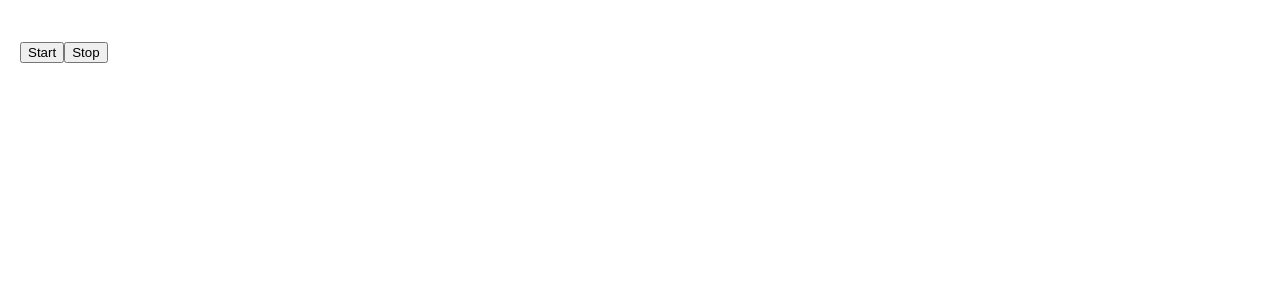
Repository: Kaii-Dev/tiktok
Page: / (app in REACT-BIG/tiktok/tiktok/)
The author's editor kept a copy of each file at every save. The page is drawn from the files as they stood at one save, then again after a run of saves.
The browser window is 1280 px wide. The pictures show the whole page.
The project was rebuilt for these pictures with package versions that can differ from the ones it lists, and the page was loaded fresh each time. Also part of the build but not shown: REACT-BIG/tiktok/tiktok/src/MOUNTED/Content.js, REACT-BIG/tiktok/tiktok/src/MOUNTED/Content2.js.

Above is the page before, as saved 2022-04-17 00:15:55.

### REACT-BIG/tiktok/tiktok/src/index.js
import React from "react";
import ReactDOM from "react-dom/client";
import "./index.css";
import App from "./App";
import reportWebVitals from "./reportWebVitals";

//FAKE COMMENT
function emitComment(id) {
  setInterval(() => {
    window.dispatchEvent(
      new CustomEvent(`lesson-${id}`, {
        detail: `nội dung comment của lesson ${id}`,
      })
    ); // tự phát event theo custom thằng nào file js đều có thể lắng nghe
  }, 2000);
}
emitComment(1);
emitComment(2);
emitComment(3);
const root = ReactDOM.createRoot(document.getElementById("root"));
root.render(
  <React.StrictMode>
    <App />
  </React.StrictMode>
);

// If you want to start measuring performance in your app, pass a function
// to log results (for example: reportWebVitals(console.log))
// or send to an analytics endpoint. Learn more: https://bit.ly/CRA-vitals
reportWebVitals();

### REACT-BIG/tiktok/tiktok/src/App.js
import { useState, useTransition } from "react";
import React from "react";
import Content from "./MOUNTED/Content";
import Content2 from "./MOUNTED/Content2";

// function App() {
//   const [info, setInfo] = useState({
//     name: "khai le",
//     age: "20",
//     address: "can tho",
//   });

//   const handleInfo = () => {
//     setInfo({
//       ...info,
//       bio: "code run in my dna",
//     });
//   };
//   const [counter, setCounter] = useState(1);
//   const handleIncrease = () => {
//     // set State với callback
//     // setCounter((prevstate) => prevstate + 1);
//     // setCounter((prevstate) => prevstate + 1);
//     // setCounter((prevstate) => prevstate + 1);
//     // setCounter(counter+1)
//   };
//   return (
//     <div className="App">
//       <h1>{JSON.stringify(info)}</h1>
//       <button onClick={handleInfo}>Increase</button>
//     </div>
//   );
// }
//===================TWO-WAY-BINDING CLIP===============///
// const gifts = [
//   "cpui9",
//   "ram 32g",
//   "ssd 1tb",
//   "card màn hình",
//   "usb",
//   "monitor",
// ];
// function App() {
//   const [gift, setGift] = useState(gifts[0]);
//   const handleGift = () => {
//       const random = Math.floor(Math.random(0, 3) * gifts.length);
//       return setGift(gifts[random]);
//   };
//   return (
//     <div style={{ padding: 32 }}>
//       <h1>{gift || "chưa có phần thưởng"}</h1>
//       <button onClick={handleGift}>lấy thưởng</button>
//     </div>
//   );
// }

// function App() {
//   const [name, setName] = useState("");
//   const [email, setEmail] = useState("");
//   const handleSubmit = () => {
//     //call api
//     console.log({
//       name,
//       email,
//     });
//   };
//   return (
//     <div className="">
//       <input
//         type="text"
//         value={name}
//         onChange={(e) => setName(e.target.value)}
//       />
//       <input
//         type="text"
//         value={email}
//         onChange={(e) => setEmail(e.target.value)}
//       />
//       <button onClick={handleSubmit}>submit</button>
//     </div>
//   );
// }
// =================== RESPONSE FROM API =========//
// const courses = [
//   {
//     id: 1,
//     name: "html, css",
//   },
//   {
//     id: 2,
//     name: "javascript",
//   },
//   {
//     id: 3,
//     name: "nodejs",
//   },
// ];

// function App() {
//   const [checked, setChecked] = useState([]);

//   const handleSubmit = () => {
//     //call api
//     console.log({ id: checked });
//   };

//   const handleCheck = (id) => {
//     setChecked((prev) => {
//       const isChecked = checked.includes(id);
//       if (isChecked) {
//         return checked.filter((item) => item !== id); // lọc ra những thằng khác id đang nhấn
//       } else {
//         return [...prev, id];
//       }
//     });
//   };
//   console.log(checked);
//   return (
//     <div className="" style={{ padding: 32 }}>
//       {courses.map((course) => (
//         <div key={course.id}>
//           <input
//             type="checkbox"
//             checked={checked.includes(course.id)}
//             onChange={() => handleCheck(course.id)}
//           />
//           {course.name}
//         </div>
//       ))}
//       <button onClick={handleSubmit}>submit</button>
//     </div>
//   );
// }

//============== TO DO LIST ===========/
// function App() {
//   const [job, setJob] = useState("");
//   const [jobs, setJobs] = useState(() => {
//     const localStorageJob = localStorage.getItem("jobs");
//     const parseJob = JSON.parse(localStorageJob);
//     return parseJob ?? [];
//   });

//   const handleSubmit = () => {
//     setJobs((prev) => {
//       const arrJob = [...prev, job];
//       localStorage.setItem("jobs", JSON.stringify(arrJob)); //
//       return arrJob;
//     });
//     setJob("");
//   };

//   const handlDelete = (id) => {
//     const getDataLocalStorage = JSON.parse(localStorage.getItem("jobs"));
//     const newJobs = getDataLocalStorage.filter((item, index) => index !== id); // lọc ra những thằng có index khác với cái id của nút đang được bấm xóa
//     // đưa nó lên lại localstorage
//     localStorage.setItem("jobs", JSON.stringify(newJobs));
//     setJobs(newJobs);
//   };
//   return (
//     <div style={{ padding: 30 }}>
//       <input value={job} onChange={(e) => setJob(e.target.value)} />
//       <button onClick={handleSubmit}>Add</button>

//       <ul>
//         {jobs.map((job, index) => (
//           <li key={index}>
//             {job}
//             <button
//               style={{ marginLeft: 25 }}
//               onClick={() => handlDelete(index)}
//             >
//               {" "}
//               xóa
//             </button>
//           </li>
//         ))}
//       </ul>
//     </div>
//   );
// }

//=================== MOUNTED/ useEFFECT/ useLayoutEffect ===============//

// function App() {
//   const [show, setShow] = useState(false);
//   return (
//     <div className="" style={{ padding: 20 }}>
//       <button onClick={() => setShow(!show)}>Toggle</button>
//       {/* nếu mà có show thì mới render ra content */}
//       {/* {show && <Content></Content>} */}
//       {show && <Content2></Content2>}
//     </div>
//   );
// }

// ======================== USE REF ======================/
function App() {
  const [count, setCount] = useState(60);
  return (
    <div className="" style={{ padding: 20 }}>
      <h1></h1>
      <button>Start</button>
      <button>Stop</button>
    </div>
  );
}
export default App;

Loaded but not shown: REACT-BIG/tiktok/tiktok/public/index.html (common file); REACT-BIG/tiktok/tiktok/src/index.css (common file); REACT-BIG/tiktok/tiktok/src/reportWebVitals.js (common file)

After the next 2 saves:
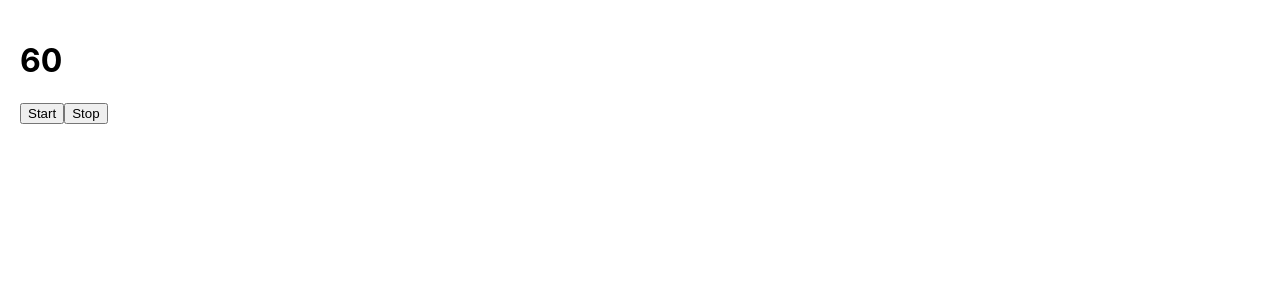
The 2 saves are shown as one change because they came seconds apart.
The last was saved 8 s later.
--- a/REACT-BIG/tiktok/tiktok/src/App.js
+++ b/REACT-BIG/tiktok/tiktok/src/App.js
@@ -199,7 +199,7 @@ function App() {
   const [count, setCount] = useState(60);
   return (
     <div className="" style={{ padding: 20 }}>
-      <h1></h1>
+      <h1>{count}</h1>
       <button>Start</button>
       <button>Stop</button>
     </div>
